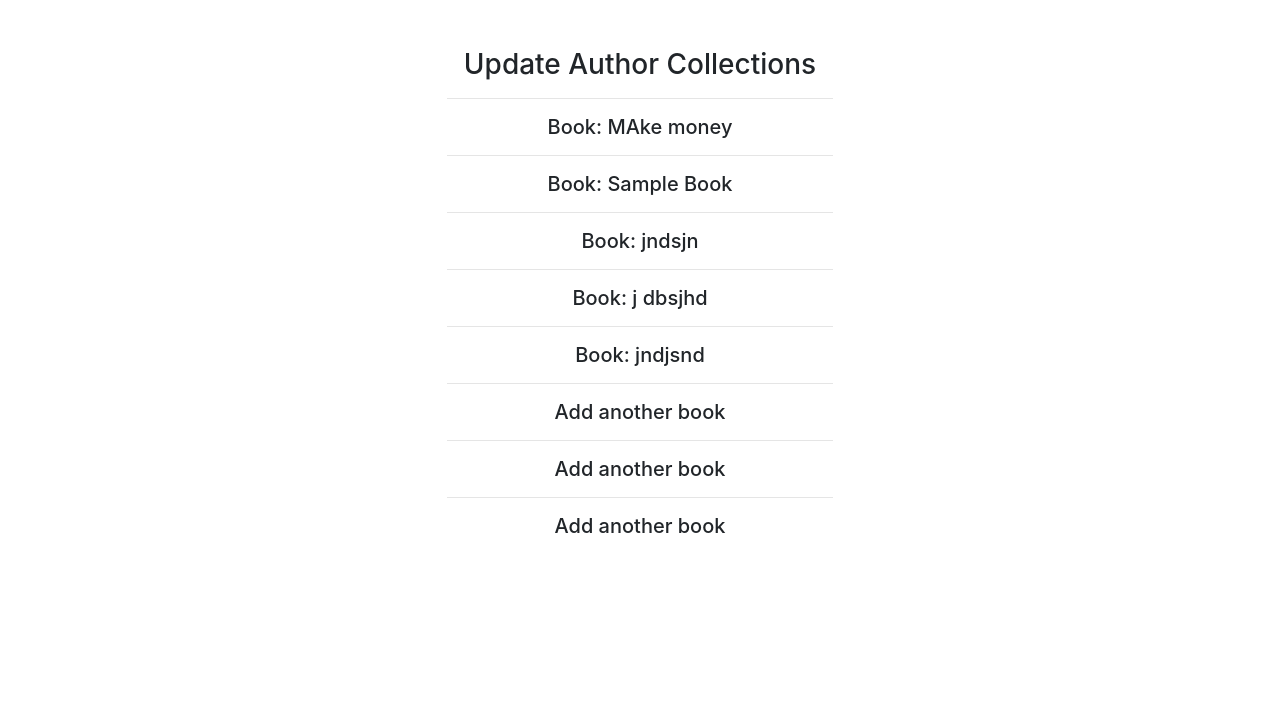
Repository: Temur-Sufiyanov/CBV
Page: http://localhost/author/1/books/edit/
These files come from the project's save history. The page is drawn as it stood at one moment and after a run of saves; the edit follows.
The browser window is 1280 px wide. The pictures show the whole page.
The page is served by the project's application, run on Django 5.2 (manage.py). Other server files are loaded and not shown. The page reads the database file committed with the project.

Above is the page before, as saved 2024-12-21 20:00:33.

### new_books/templates/new_books/author_books_edit.html
{% extends 'new_books/base.html' %}

{% block title %}
    Editing books for {{author_b.name}}
{% endblock title %}

{% block content %}
    <form action="" method="post" enctype="multipart/form-data">
        {% csrf_token %}
        <h3 class="text-center">Update Author Collections</h3>

        {% for book_form in form.forms %}
            <hr>
            <h5 class="text-center">
                {% if book_form.instance.id %}
                    Book: {{book_form.instance.name}}
                {% else %}
                    {% if form.forms|length > 1 %}
                        Add another book
                    {% else %}
                        Add a book
                    {% endif %}
                {% endif %}
                <table>
                    {{book_from.as_table}}
                </table>
            </h5>
        {% endfor %}
    </form>
{% endblock content %}

### new_books/templates/new_books/base.html
<!DOCTYPE html>
<html lang="en">
<head>
    <meta charset="UTF-8">
    <meta name="viewport" content="width=device-width, initial-scale=1.0">
    <link rel="stylesheet" href="https://stackpath.bootstrapcdn.com/bootstrap/4.5.2/css/bootstrap.min.css">
    <title>{% block title %} Home {% endblock title %}</title>
</head>
<body>
    <main>
        <div class="container-fluid">
            <div class="d-flex align-items-center py-5">
                <div class="col-12 col-md-6 col-lg-4 mx-auto">
                    {% block content %}

                    {% endblock content %}
                </div>
            </div>
        </div>
    </main>
</body>
</html>

### new_books/models.py
from django.db import models
from django.urls import reverse
# Create your models here.

class Author(models.Model):
    name = models.CharField(null=False, blank=False, max_length=255)#

    def get_absolute_url(self):
        return reverse('books:author_detail', kwargs={'pk': self.pk})

    def __str__(self):
        return self.name


class Book(models.Model):
    name = models.CharField(null=False, blank=False, max_length=255)
    author = models.ForeignKey('Author', null=False, blank=False, on_delete=models.CASCADE, related_name='book_author')


    def __str__(self):
        return self.name

### new_books/views.py
from django.shortcuts import render, HttpResponseRedirect
from django.urls import reverse
from django.views.generic import (TemplateView, ListView, CreateView, DetailView, FormView)
from .models import Author
from django.contrib import messages
from django.views.generic.detail import SingleObjectMixin
from .forms import AuthorBooksFormset


class HomeView(TemplateView):
    template_name = 'new_books/home.html'


class AuthorView(ListView):
    model = Author
    template_name = 'new_books/author_list.html'
    context_object_name = 'authors'


class AuthorDetailView(DetailView):
    model = Author
    template_name = 'new_books/author_detail.html'
    context_object_name = 'auth'


class AuthorCreateview(CreateView):
    model = Author
    template_name = 'new_books/author_create.html'
    fields = ['name',]


    def form_valid(self, form):

        messages.add_message(
            self.request,
            messages.SUCCESS,
            'The Author has been created'
        )

        return super().form_valid(form)

class AuthorBooksEdit(SingleObjectMixin, FormView):

    model = Author
    template_name = 'new_books/author_books_edit.html'
    context_object_name = 'author_b'

    def get(self, request, *args, **kwargs):
        self.object = self.get_object(queryset=Author.objects.all())
        return super().get(request, *args, **kwargs)

    def post(self, request, *args, **kwargs):
        self.object = self.get_object(queryset=Author.objects.all())
        return super().get(request, *args, **kwargs)

    def get_form(self, form_class = None):

        return AuthorBooksFormset(**self.get_form_kwargs(), instance = self.object)

    def form_valid(self, form):
        form.save()

        messages.add_message(
            self.request,
            messages.SUCCESS,
            'Changes were saved!'
        )

        return HttpResponseRedirect(self.get_success_url())

    def get_success_url(self):
        return reverse('books:author_detail')

### core/urls.py
"""
URL configuration for core project.

The `urlpatterns` list routes URLs to views. For more information please see:
    https://docs.djangoproject.com/en/5.1/topics/http/urls/
Examples:
Function views
    1. Add an import:  from my_app import views
    2. Add a URL to urlpatterns:  path('', views.home, name='home')
Class-based views
    1. Add an import:  from other_app.views import Home
    2. Add a URL to urlpatterns:  path('', Home.as_view(), name='home')
Including another URLconf
    1. Import the include() function: from django.urls import include, path
    2. Add a URL to urlpatterns:  path('blog/', include('blog.urls'))
"""
from django.contrib import admin
from django.urls import path, include

urlpatterns = [
    path('admin/', admin.site.urls),
    # path('', include('cbv.urls')),
    path('',include('new_books.urls', namespace='books' )),
]

### new_books/urls.py
from django.urls import path
from .views import (HomeView, AuthorView, AuthorCreateview, AuthorDetailView, AuthorBooksEdit)

app_name = 'books'

urlpatterns = [
    path('', HomeView.as_view(), name='home'),
    path('author/', AuthorView.as_view(), name='authors'),
    path('author/add/', AuthorCreateview.as_view(), name='add-author'),
    path('author/<int:pk>/', AuthorDetailView.as_view(), name='author_detail'),
    path('author/<int:pk>/books/edit/', AuthorBooksEdit.as_view(), name='author_books_edit'),
]

### db.sqlite3 (the tables this page reads, as SQL)
CREATE TABLE "new_books_author" ("id" integer NOT NULL PRIMARY KEY AUTOINCREMENT, "name" varchar(255) NOT NULL);
INSERT INTO "new_books_author" VALUES
(1, 'Temur Sufiyanov'),
(2, 'Farrukh Abdurakmonov'),
(3, 'Feruz Juraev'),
(4, 'Headphones'),
(5, 'Feruz'),
(6, 'Feruz!'),
(7, 'Artur');

CREATE TABLE "new_books_book" ("id" integer NOT NULL PRIMARY KEY AUTOINCREMENT, "name" varchar(255) NOT NULL, "author_id" bigint NOT NULL REFERENCES "new_books_author" ("id") DEFERRABLE INITIALLY DEFERRED);
INSERT INTO "new_books_book" VALUES
(1, 'Success', 3),
(2, 'MAke money', 1),
(3, 'Sample Book', 1),
(4, 'jndsjn', 1),
(5, 'j dbsjhd', 1),
(6, 'jndjsnd', 1);

After the next 2 saves:
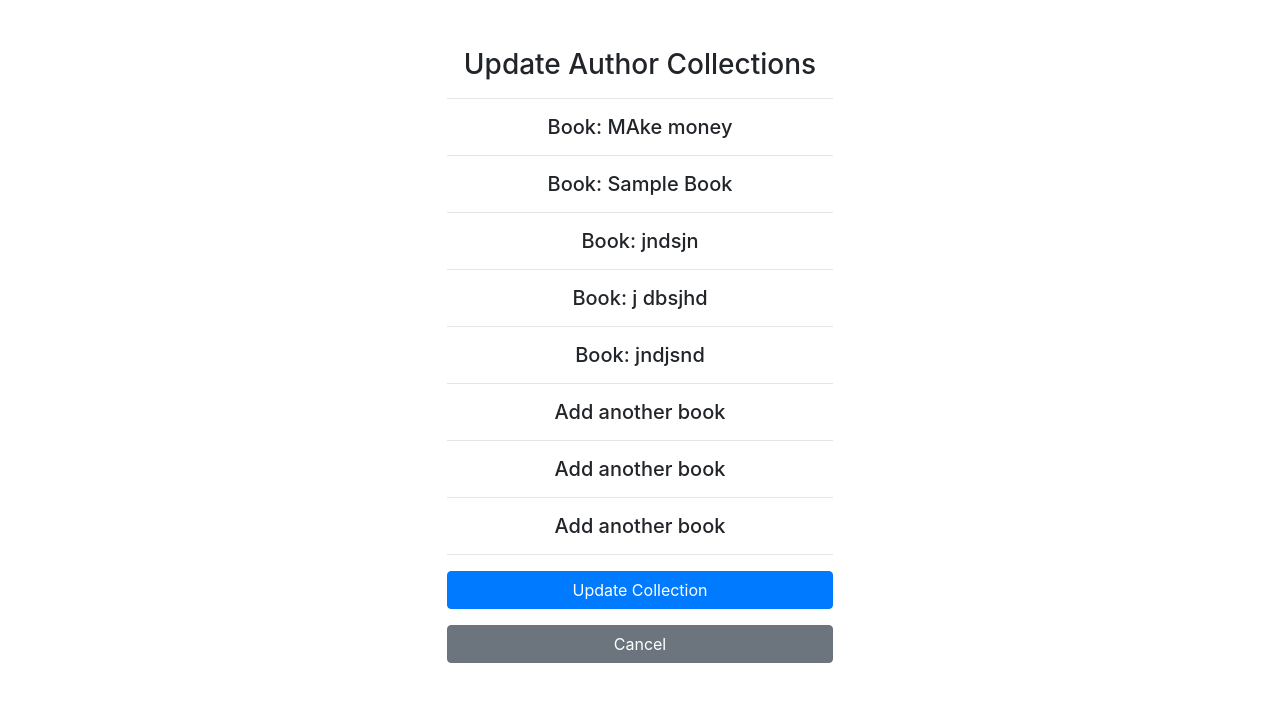
The 2 saves are shown as one change because they came seconds apart.
The last was saved 6 s later.
--- a/new_books/templates/new_books/author_books_edit.html
+++ b/new_books/templates/new_books/author_books_edit.html
@@ -26,5 +26,10 @@
                 </table>
             </h5>
         {% endfor %}
+        <p>
+            <hr>
+            <button type="submit" class="btn btn-primary w-100 mb-3">Update Collection</button>
+            <a href="{{ author_b.get_absolute_url }}" role="button" class="btn btn-secondary w-100">Cancel</a>
+        </p>
     </form>
 {% endblock content %}
